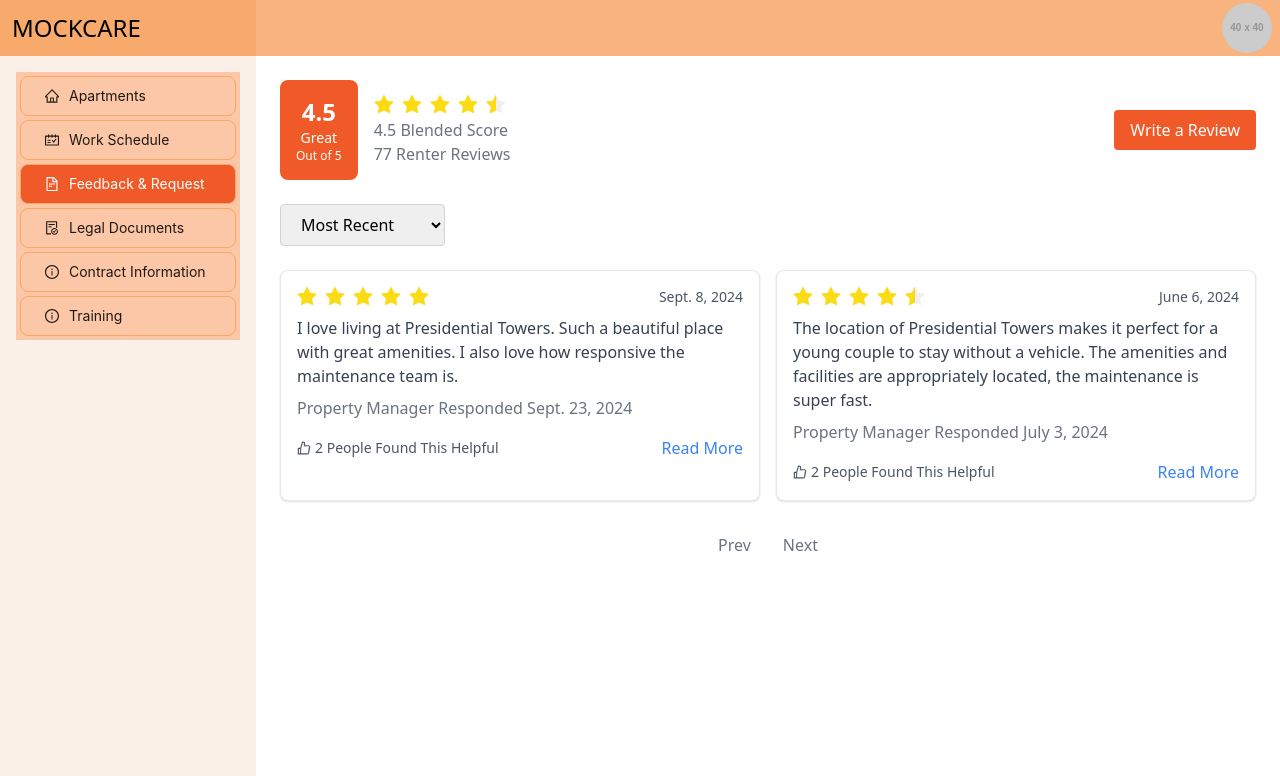
Repository: dunh-real/MockProject_102024_Nhom4
Page: / (app in frontend/)
These files come from the project's save history. The page is drawn as it stood at one moment and after the next save; the edit follows.
The browser window is 1280 px wide. The pictures show the whole page.
The project was rebuilt for these pictures with package versions that can differ from the ones it lists, and the page was loaded fresh each time. Also part of the build but not shown: frontend/vite.config.js, frontend/vite.config.ts, frontend/src/App.css, frontend/src/component/ReviewModal.tsx.

Above is the page before, as saved 2024-10-09 12:38:42.

After the next save:
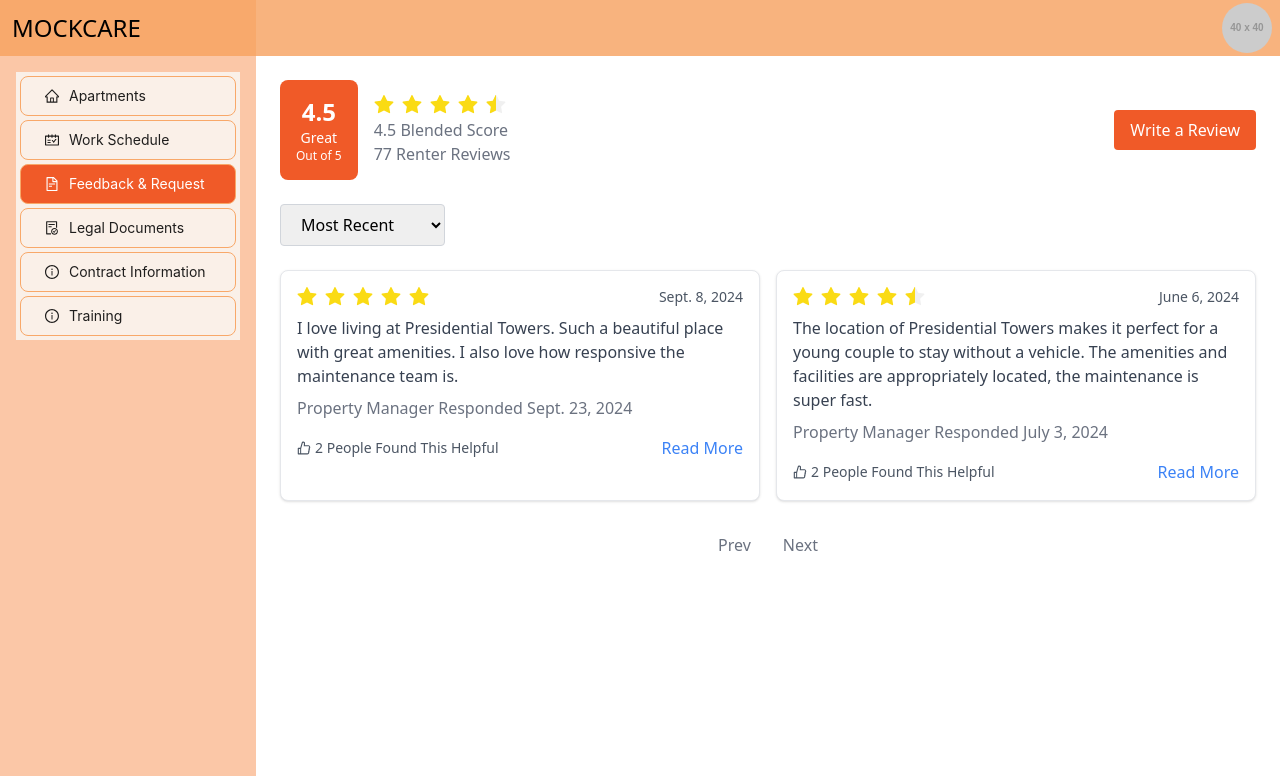
Saved 31 s later.
--- a/frontend/src/component/Sidebar.tsx
+++ b/frontend/src/component/Sidebar.tsx
@@ -3,11 +3,11 @@ import { HomeOutlined, ScheduleOutlined, FileTextOutlined, FileDoneOutlined, Inf
 
 const Sidebar = () => {
   return (
-    <div style={{ width: '20%', minHeight: '100vh', backgroundColor: '#FAF0E8', padding: '1rem' }}>
+    <div style={{ width: '20%', minHeight: '100vh', backgroundColor: '#fbc7a7', padding: '1rem' }}>
       <Menu
         defaultSelectedKeys={['feedback']}
         mode="inline"
-        style={{ backgroundColor: '#fbc7a7', borderRight: 0 }}
+        style={{ backgroundColor: '#FAF0E8', borderRight: 0 }}
       >
         <Menu.Item
           key="apartments"
